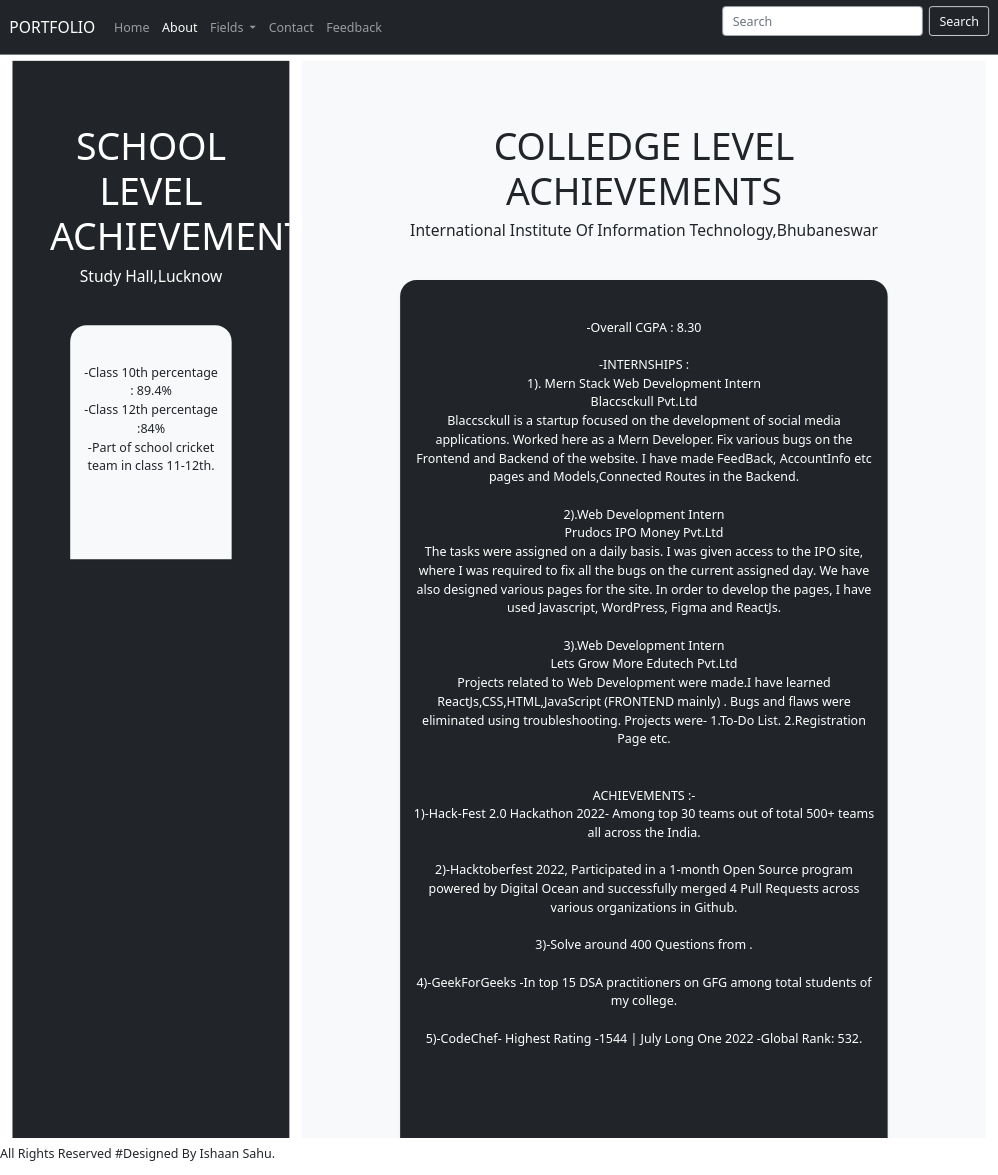
Repository: ishaan51551/Ishaan-s-Portfolio-
Page: about.html
An editor plug-in stored every save of this project. The page is shown before and after a run of saves, followed by the edit.
The browser window is 1280 px wide. The pictures show the whole page, at 78% of full size.

Above is the page before, as saved 2023-09-13 16:32:54.

### about.html
</body>

</html>

<!doctype html>
<html lang="en">

<head>
  <!-- Required meta tags -->
  <meta charset="utf-8">
  <meta name="viewport" content="width=device-width, initial-scale=1">

  <!-- Bootstrap CSS -->
  <link href="https://cdn.jsdelivr.net/npm/bootstrap@5.1.1/dist/css/bootstrap.min.css" rel="stylesheet"
    integrity="sha384-F3w7mX95PdgyTmZZMECAngseQB83DfGTowi0iMjiWaeVhAn4FJkqJByhZMI3AhiU" crossorigin="anonymous">

  <title>Ishaan Sahu Portfolio</title>
</head>

<body>


  <!-- NAVBAR -->
  <nav class="navbar navbar-expand-lg navbar-dark bg-dark">
    <div class="container-fluid">
      <a class="navbar-brand" href="#">PORTFOLIO </a>
      <button class="navbar-toggler" type="button" data-bs-toggle="collapse" data-bs-target="#navbarSupportedContent"
        aria-controls="navbarSupportedContent" aria-expanded="false" aria-label="Toggle navigation">
        <span class="navbar-toggler-icon"></span>
      </button>
      <div class="collapse navbar-collapse" id="navbarSupportedContent">
        <ul class="navbar-nav me-auto mb-2 mb-lg-0">
          <li class="nav-item">
            <a class="nav-link " aria-current="page" href="index.html">Home</a>
          </li>
          <li class="nav-item">
            <a class="nav-link active" href="/about.html">About</a>
          </li>
          <li class="nav-item dropdown">
            <a class="nav-link dropdown-toggle" href="#" id="navbarDropdown" role="button" data-bs-toggle="dropdown"
              aria-expanded="false">
              Fields
            </a>
            <ul class="dropdown-menu" aria-labelledby="navbarDropdown">
              <li><a class="dropdown-item" href="programming.html">Programming</a></li>
              <li><a class="dropdown-item" href="webdev.html">Web Devlopment</a></li>
              <li>
                <hr class="dropdown-divider">
              </li>
              <li><a class="dropdown-item" href="extracurricular.html">Extra Curricular</a></li>
            </ul>
          </li>
          <li class="nav-item">
            <a class="nav-link " aria-current="page" href="contact.html">Contact</a>
          </li>

          <li class="nav-item">
            <a class="nav-link" href="feedback.html">Feedback</a>

          </li>

        </ul>
        <form class="d-flex">
          <input class="form-control me-2" type="search" placeholder="Search" aria-label="Search">
          <button class="btn btn-outline-light" type="submit">Search</button>

        </form>
      </div>
    </div>
  </nav>

  <!-- Optional JavaScript; choose one of the two! -->

  <!-- Option 1: Bootstrap Bundle with Popper -->
  <script src="https://cdn.jsdelivr.net/npm/bootstrap@5.1.1/dist/js/bootstrap.bundle.min.js"
    integrity="sha384-/bQdsTh/da6pkI1MST/rWKFNjaCP5gBSY4sEBT38Q/9RBh9AH40zEOg7Hlq2THRZ"
    crossorigin="anonymous"></script>



  <!-- boxes -->
  <div class="d-md-flex flex-md-equal w-100my-md-3 ps-md-3 my-2 justify-content-center align item center">
    <div class="bg-dark me-md-3 pt-3 px-3 pt-md-5 px-md-5 text-center text-white overflow-hidden">
      <div class="my-3 py-3 ">
        <h2 class="display-5">SCHOOL LEVEL ACHIEVEMENTS</h2>
        <p class="lead">Study Hall,Lucknow</p>
      </div>
      <div class="bg-light shadow-sm mx-auto" style="width: 80%; height: 300px; border-radius: 21px 21px 0 0;">
        <p class="dance text-dark overfow-hidden text-center px-3 py-5">-Class 10th percentage : 89.4%</br>
          -Class 12th percentage :84%</br>
          -Part of school cricket team in class 11-12th.<br>
        </p>

      </div>
    </div>
    <div class="bg-light me-md-3 pt-3 px-3 pt-md-5 px-md-5 text-center overflow-hidden">
      <div class="my-3 p-3">
        <h2 class="display-5">COLLEDGE LEVEL ACHIEVEMENTS</h2>
        <p class="lead">International Institute Of Information Technology,Bhubaneswar</p>
      </div>
      <div class="bg-dark shadow-sm mx-auto" style="width: 80%; height: 1100px; border-radius: 21px 21px 0 0;">
        <p class="swing text-white text-center px-3 py-5">
          -Overall CGPA : 8.30<br><br>
          -INTERNSHIPS :
          <br>
          1). Mern Stack Web Development Intern<br>
          Blaccsckull Pvt.Ltd<br>
          Blaccsckull is a startup focused on the development of social media applications. Worked here as a Mern
          Developer.
          Fix various bugs on the Frontend and Backend of the website.
          I have made FeedBack, AccountInfo etc pages and Models,Connected Routes in the Backend.
          <br>
          <br>
          2).Web Development Intern<br>
          Prudocs IPO Money Pvt.Ltd<br>
          The tasks were assigned on a daily basis.
          I was given access to the IPO site, where I was required to fix all the bugs on the current assigned day. We
          have also designed various pages for the site.
          In order to develop the pages, I have used Javascript, WordPress, Figma and ReactJs.
          <br>
          <br>
          3).Web Development Intern<br>
          Lets Grow More Edutech Pvt.Ltd<br>
          Projects related to Web Development were made.I have learned ReactJs,CSS,HTML,JavaScript (FRONTEND mainly) .
          Bugs and flaws were eliminated using troubleshooting.
          Projects were-
          1.To-Do List.
          2.Registration Page etc.
          <br><br><br>
          ACHIEVEMENTS :-<br>
          1)-Hack-Fest 2.0 Hackathon 2022- Among top 30 teams out of total 500+ teams all across the India.<br text-left><br>
          2)-Hacktoberfest 2022, Participated in a 1-month Open Source program powered by Digital Ocean and successfully merged 4 Pull Requests across various organizations in Github.<br text-left><br>
          3)-Solve around 400 Questions from .<br><br>
          4)-GeekForGeeks -In top 15 DSA practitioners on GFG among total students of my college. <br><br>
          5)-CodeChef- Highest Rating -1544 | July Long One 2022 -Global Rank: 532.<br><br>

        </p>
        </p>
      </div>
    </div>
  </div>

  <!-- FOOTER  -->
  <footer class="blog-footer">
    <p>All Rights Reserved #Designed By Ishaan Sahu.</p>
    <p>

    </p>
  </footer>
</body>

</html>

After the next 2 saves:
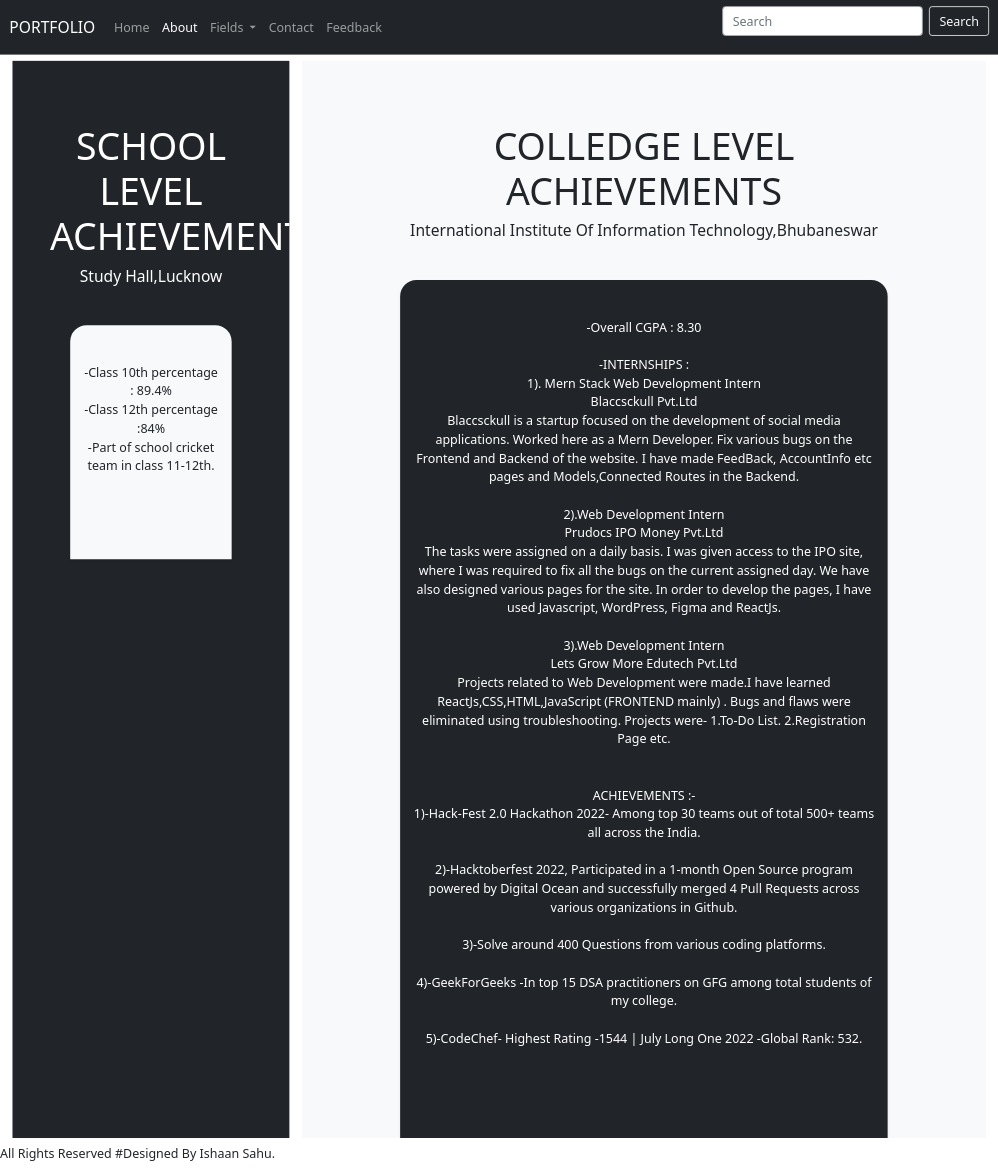
The 2 saves are shown as one change because they came seconds apart.
The last was saved 9 s later.
--- a/about.html
+++ b/about.html
@@ -128,9 +128,11 @@
           2.Registration Page etc.
           <br><br><br>
           ACHIEVEMENTS :-<br>
-          1)-Hack-Fest 2.0 Hackathon 2022- Among top 30 teams out of total 500+ teams all across the India.<br text-left><br>
-          2)-Hacktoberfest 2022, Participated in a 1-month Open Source program powered by Digital Ocean and successfully merged 4 Pull Requests across various organizations in Github.<br text-left><br>
-          3)-Solve around 400 Questions from .<br><br>
+          1)-Hack-Fest 2.0 Hackathon 2022- Among top 30 teams out of total 500+ teams all across the India.<br
+            text-left><br>
+          2)-Hacktoberfest 2022, Participated in a 1-month Open Source program powered by Digital Ocean and successfully
+          merged 4 Pull Requests across various organizations in Github.<br text-left><br>
+          3)-Solve around 400 Questions from various coding platforms.<br><br>
           4)-GeekForGeeks -In top 15 DSA practitioners on GFG among total students of my college. <br><br>
           5)-CodeChef- Highest Rating -1544 | July Long One 2022 -Global Rank: 532.<br><br>
 
